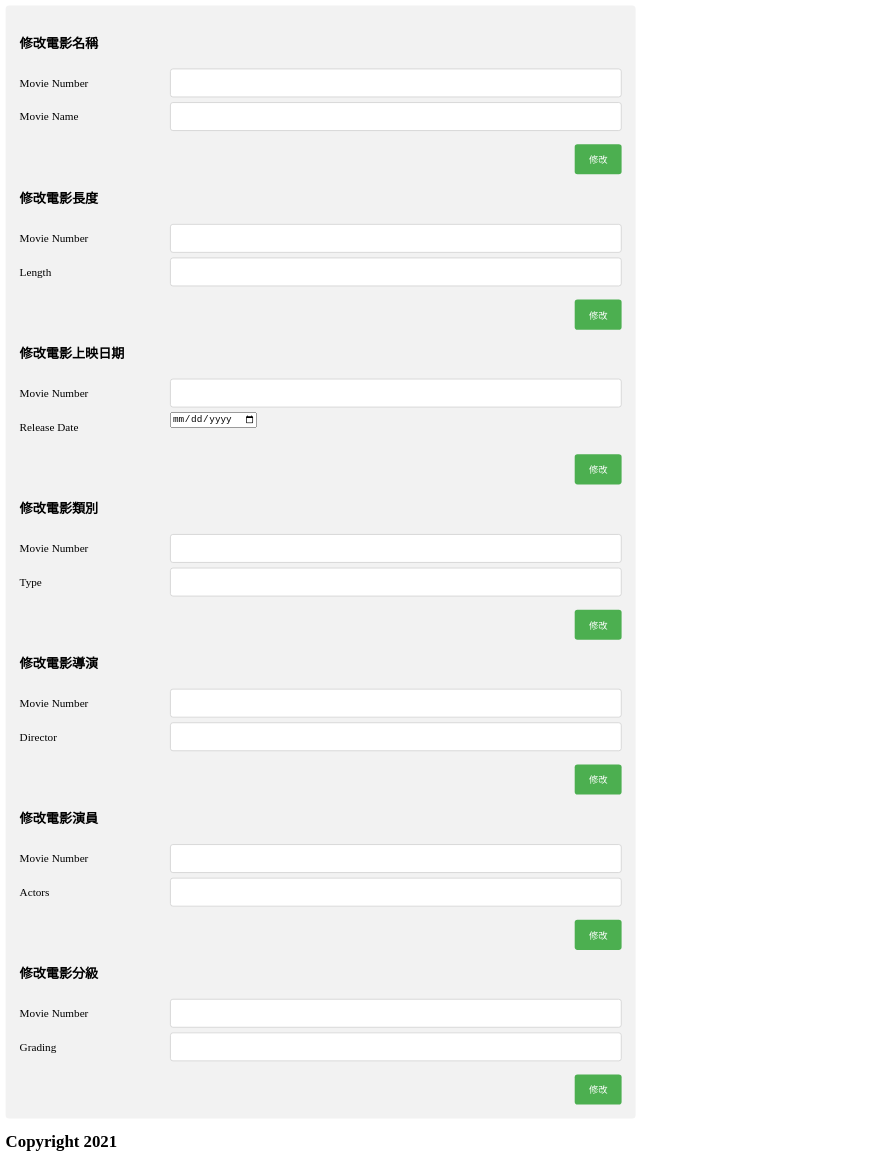
Repository: PEICHI26/Cinema
Page: http://localhost/Cinema/Update.jsp
These files come from the project's save history. The page is drawn as it stood at one moment and after the next save; the edit follows.
The browser window is 1280 px wide. The pictures show the whole page, at 70% of full size.
The page is served by Tomcat 9. Nobody is signed in. The application's start-up code is not run. Other server files are loaded and not shown.

Above is the page before, as saved 2021-12-18 08:20:53.

### Cinema/src/main/webapp/Update.jsp
<%@ page language="java" contentType="text/html; charset=UTF-8"
	pageEncoding="UTF-8"%>
<!DOCTYPE html>
<html>
<head>
<meta charset="UTF-8">
<title>Update Movie</title>
<style>
* {
	box-sizing: border-box;
}

input[type=text], select, textarea {
	width: 100%;
	padding: 12px;
	border: 1px solid #ccc;
	border-radius: 4px;
	resize: vertical;
}

label {
	padding: 12px 12px 12px 0;
	display: inline-block;
}

input[type=submit] {
	background-color: #4CAF50;
	color: white;
	padding: 12px 20px;
	border: none;
	border-radius: 4px;
	cursor: pointer;
	float: right;
}

input[type=submit]:hover {
	background-color: #45a049;
}

.container {
	border-radius: 5px;
	background-color: #f2f2f2;
	padding: 20px;
	width: 900px;
}

.col-25 {
	float: left;
	width: 25%;
	margin-top: 6px;
}

.col-75 {
	float: left;
	width: 75%;
	margin-top: 6px;
}

/* Clear floats after the columns */
.row:after {
	content: "";
	display: table;
	clear: both;
}

/* Responsive layout - when the screen is less than 600px wide, make the two columns stack on top of each other instead of next to each other */
@media screen and (max-width: 600px) {
	.col-25, .col-75, input[type=submit] {
		width: 100%;
		margin-top: 0;
	}
}
</style>
</head>
<body>
	<div class="container">
		<h3>修改電影名稱</h3>
		<form action="MovieServlet" method="post">
			<div class="row">
				<div class="col-25">
					<label for="movieno">Movie Number</label>
				</div>
				<div class="col-75">
					<input type="text" id="movieno" name="movieno" placeholder="">
				</div>
			</div>
			<div class="row">
				<div class="col-25">
					<label for="moviename">Movie Name</label>
				</div>
				<div class="col-75">
					<input type="text" id="moviename" name="moviename" placeholder="">
				</div>
			</div>

			<br>
			<div class="row">
				<input type="submit" name="UPDATENAME" value="修改">
			</div>
		</form>

		<h3>修改電影長度</h3>
		<form action="MovieServlet" method="post">
			<div class="row">
				<div class="col-25">
					<label for="movieno">Movie Number</label>
				</div>
				<div class="col-75">
					<input type="text" id="movieno" name="movieno" placeholder="">
				</div>
			</div>
			<div class="row">
				<div class="col-25">
					<label for="movielength">Length</label>
				</div>
				<div class="col-75">
					<input type="text" id="movielength" name="movielength"
						placeholder="">
				</div>
			</div>

			<br>
			<div class="row">
				<input type="submit" name="UPDATELENGTH" value="修改">
			</div>
		</form>
		<h3>修改電影上映日期</h3>
		<form action="MovieServlet" method="post">
			<div class="row">
				<div class="col-25">
					<label for="movieno">Movie Number</label>
				</div>
				<div class="col-75">
					<input type="text" id="movieno" name="movieno" placeholder="">
				</div>
			</div>
			<div class="row">
				<div class="col-25">
					<label for="moviename">Release Date</label>
				</div>
				<div class="col-75">
					<input type="date" id="rdate" name="rdate">
				</div>
			</div>

			<br>
			<div class="row">
				<input type="submit" name="UPDATEDATE" value="修改">
			</div>
		</form>
		<h3>修改電影類別</h3>
		<form action="MovieServlet" method="post">
			<div class="row">
				<div class="col-25">
					<label for="movieno">Movie Number</label>
				</div>
				<div class="col-75">
					<input type="text" id="movieno" name="movieno" placeholder="">
				</div>
			</div>
			<div class="row">
				<div class="col-25">
					<label for="type">Type</label>
				</div>
				<div class="col-75">
					<input type="text" id="type" name="type" placeholder="">
				</div>
			</div>

			<br>
			<div class="row">
				<input type="submit" name="UPDATELENGTH" value="修改">
			</div>
		</form>
		<h3>修改電影導演</h3>
		<form action="MovieServlet" method="post">
			<div class="row">
				<div class="col-25">
					<label for="movieno">Movie Number</label>
				</div>
				<div class="col-75">
					<input type="text" id="movieno" name="movieno" placeholder="">
				</div>
			</div>
			<div class="row">
				<div class="col-25">
					<label for="director">Director</label>
				</div>
				<div class="col-75">
					<input type="text" id="director" name="director" placeholder="">
				</div>
			</div>
			<br>
			<div class="row">
				<input type="submit" name="UPDATELENGTH" value="修改">
			</div>
		</form>
		<h3>修改電影演員</h3>
		<form action="MovieServlet" method="post">
			<div class="row">
				<div class="col-25">
					<label for="movieno">Movie Number</label>
				</div>
				<div class="col-75">
					<input type="text" id="movieno" name="movieno" placeholder="">
				</div>
			</div>
			<div class="row">
				<div class="col-25">
					<label for="actors">Actors</label>
				</div>
				<div class="col-75">
					<input type="text" id="actors" name="actors" placeholder="">
				</div>
			</div>
			<br>
			<div class="row">
				<input type="submit" name="UPDATELENGTH" value="修改">
			</div>
		</form>
		<h3>修改電影分級</h3>
		<form action="MovieServlet" method="post">
			<div class="row">
				<div class="col-25">
					<label for="movieno">Movie Number</label>
				</div>
				<div class="col-75">
					<input type="text" id="movieno" name="movieno" placeholder="">
				</div>
			</div>
			<div class="row">
				<div class="col-25">
					<label for="grading">Grading</label>
				</div>
				<div class="col-75">
					<input type="text" id="grading" name="grading" placeholder="">
				</div>
			</div>
			<br>
			<div class="row">
				<input type="submit" name="UPDATELENGTH" value="修改">
			</div>
		</form>
	</div>
	<%@ include file="copyright.jspf"%>
</body>
</html>

### Cinema/src/main/webapp/copyright.jspf
<h2> Copyright   2021 </h2>

After the next save:
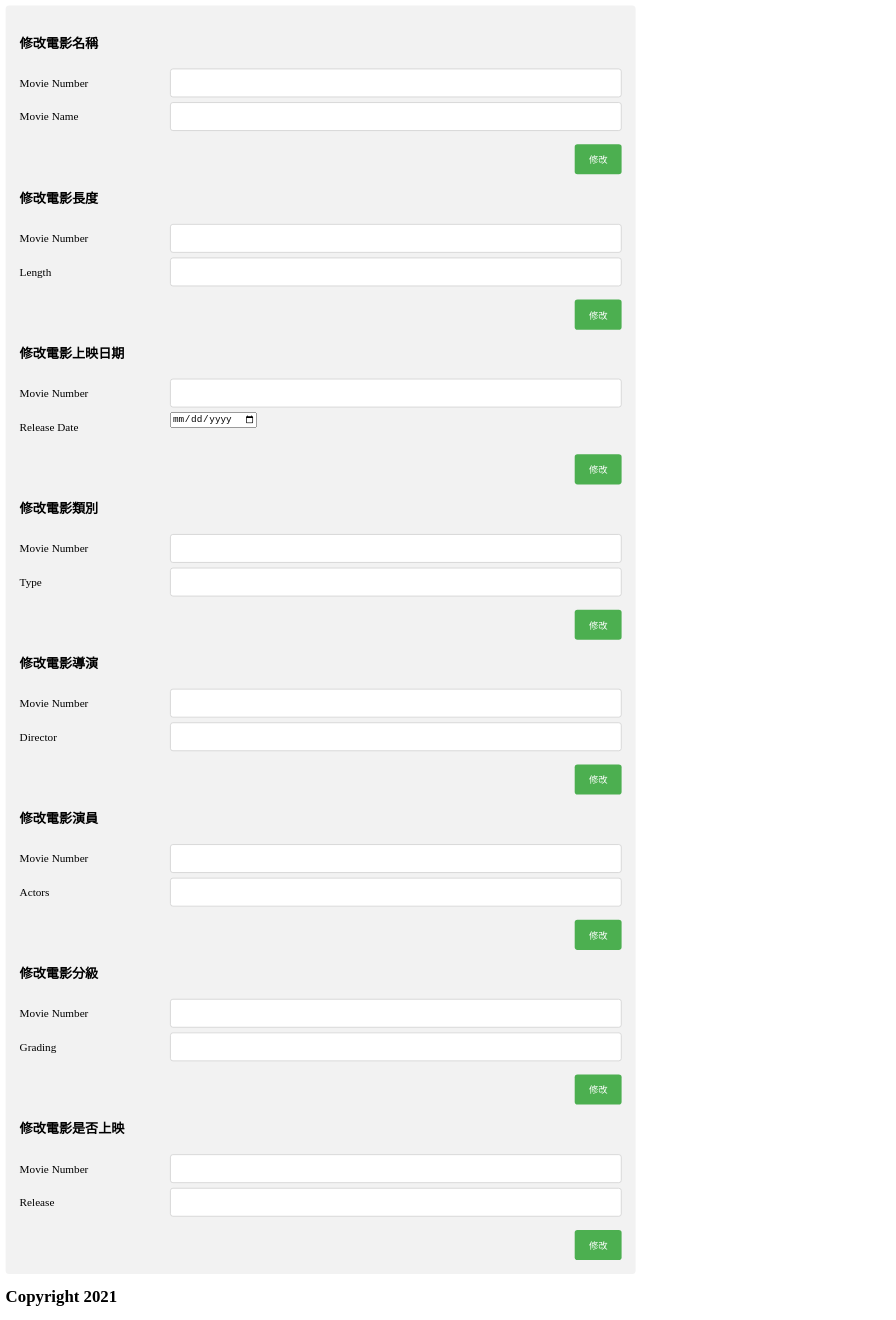
Saved 59 s later.
--- a/Cinema/src/main/webapp/Update.jsp
+++ b/Cinema/src/main/webapp/Update.jsp
@@ -241,6 +241,29 @@ input[type=submit]:hover {
 				<input type="submit" name="UPDATELENGTH" value="修改">
 			</div>
 		</form>
+		<h3>修改電影是否上映</h3>
+		<form action="MovieServlet" method="post">
+			<div class="row">
+				<div class="col-25">
+					<label for="movieno">Movie Number</label>
+				</div>
+				<div class="col-75">
+					<input type="text" id="movieno" name="movieno" placeholder="">
+				</div>
+			</div>
+			<div class="row">
+				<div class="col-25">
+					<label for="release">Release</label>
+				</div>
+				<div class="col-75">
+					<input type="text" id="release" name="release" placeholder="">
+				</div>
+			</div>
+			<br>
+			<div class="row">
+				<input type="submit" name="UPDATELENGTH" value="修改">
+			</div>
+		</form>
 	</div>
 	<%@ include file="copyright.jspf"%>
 </body>
